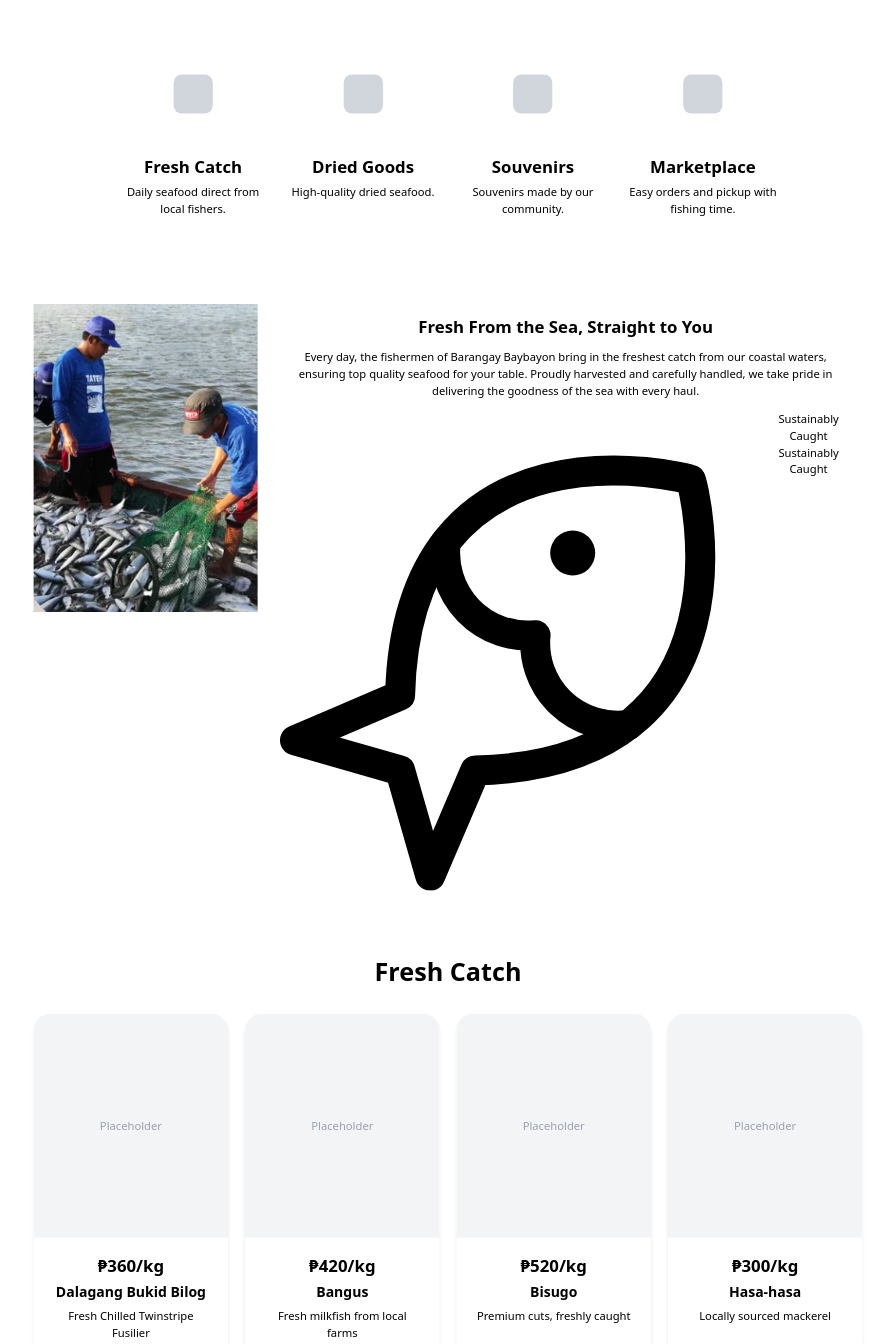
Repository: Coast2Card/coast2cart-frontend
Page: /
These files come from the project's save history. The page is drawn as it stood at one moment and after a run of saves; the edit follows.
The browser window is 1280 px wide. The pictures show the part of the page from y = 1166 to 3086 px (the page is 3359 px tall), at 70% of full size.
The project was rebuilt for these pictures with package versions that can differ from the ones it lists, and the page was loaded fresh each time. Also part of the build but not shown: vite.config.js, src/pages/Seafood.jsx, src/pages/Souvenirs.jsx, src/pages/About.jsx, src/pages/Cart.jsx, src/pages/Profile.jsx, src/pages/Colors.jsx.

Above is the page before, as saved 2025-09-07 15:41:19.

After the next 3 saves:
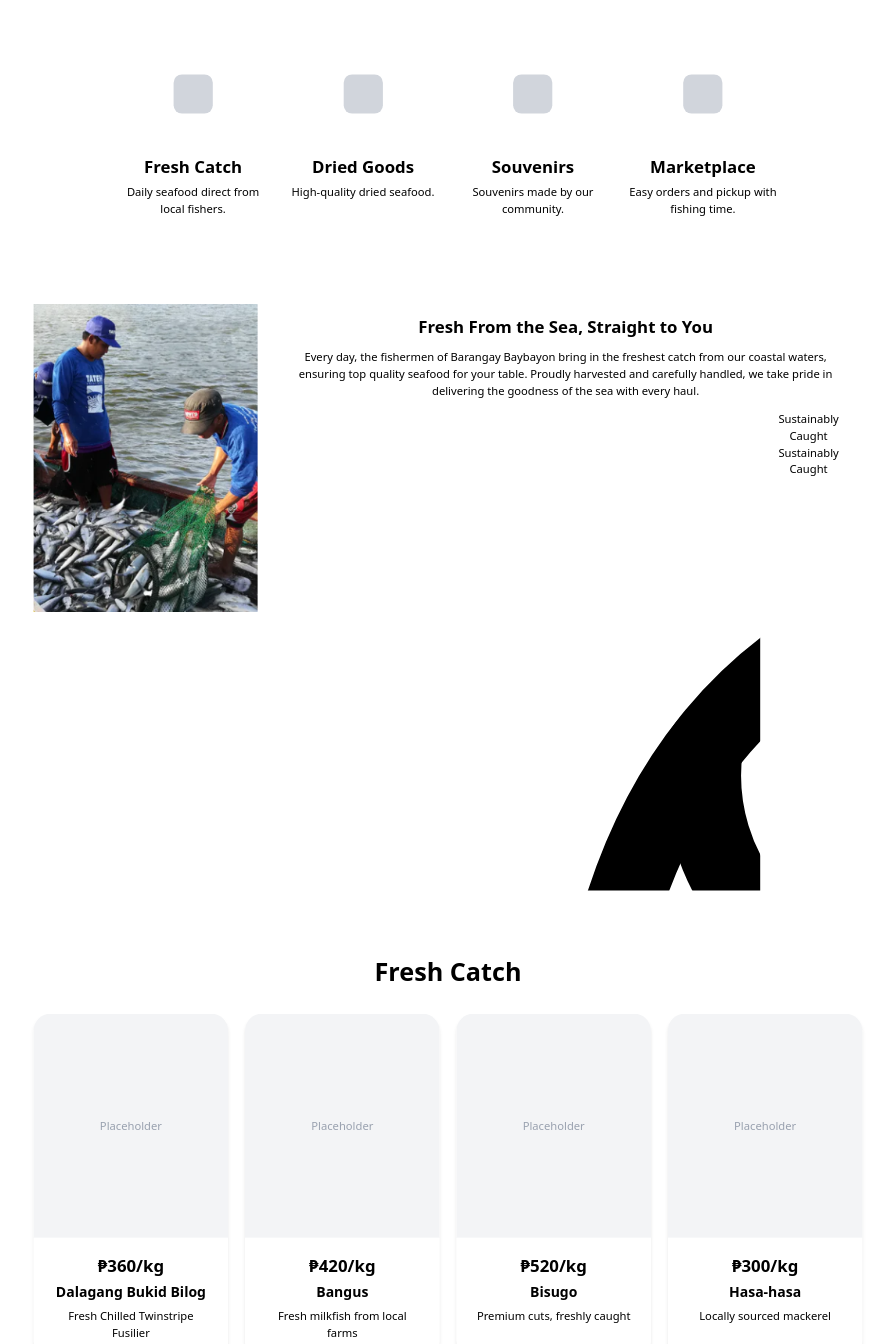
The 3 saves are shown as one change because they came seconds apart.
The last was saved 23 s later.
--- a/src/components/home/HomeGallery.jsx
+++ b/src/components/home/HomeGallery.jsx
@@ -17,8 +17,8 @@
           delivering the goodness of the sea with every haul.
         </p>
         <div className="flex gap-2 text-primary">
-          <svg xmlns="http://www.w3.org/2000/svg" viewBox="0 0 256 256">
-            <rect width="256" height="256" fill="none" />
+          <svg xmlns="http://www.w3.org/2000/svg" viewBox="0 0 100 100">
+            <rect width="100" height="100" fill="none" />
             <circle cx="156" cy="76" r="12" className="fill-primary" />
             <path
               d="M8,175.87l56.07,16.06,16,56.07,24-56.07C258.51,188.26,220,38.68,219,37c-1.73-1-151.25-39.46-155,114.9Z"

After the save that followed:
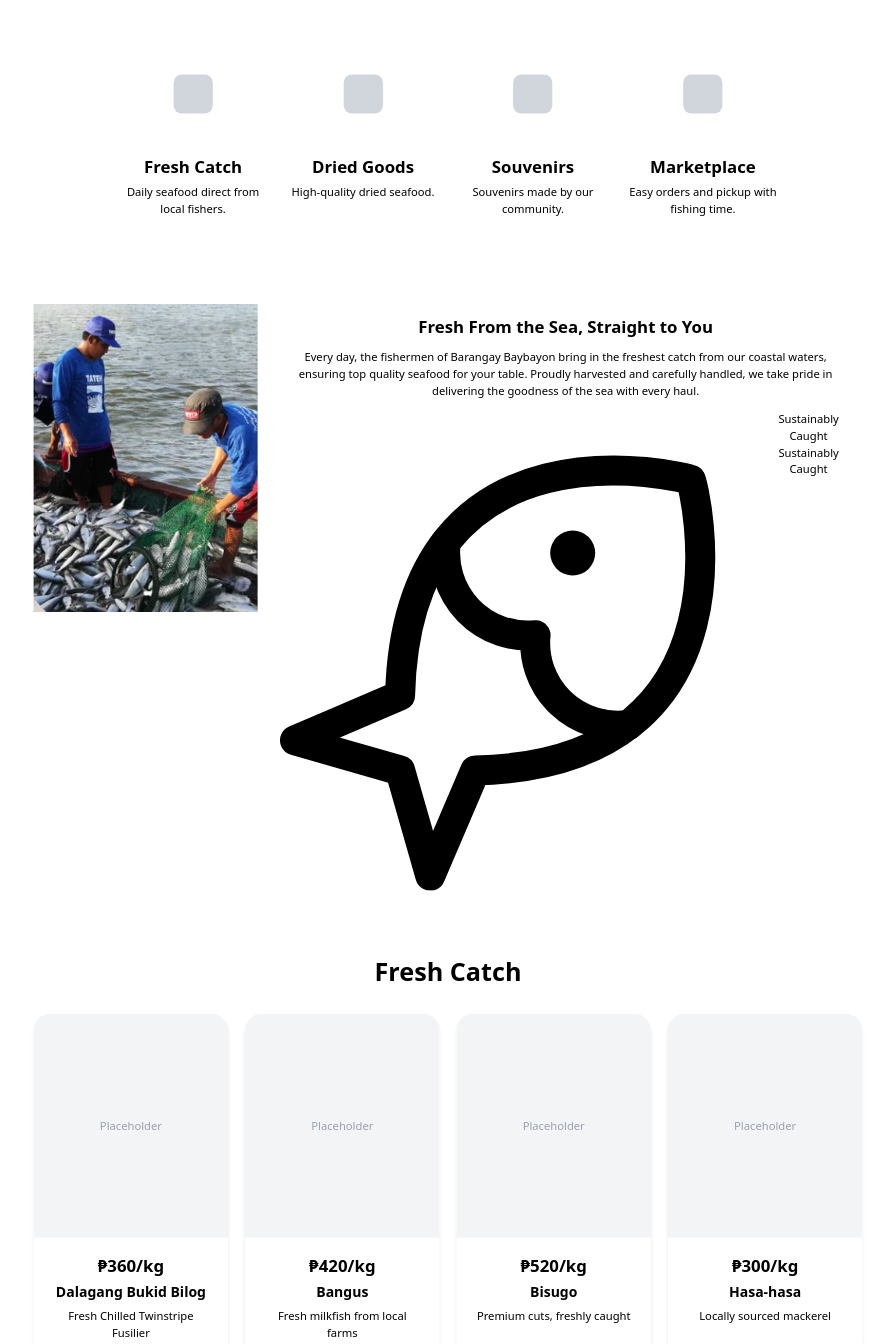
Saved 4 s later.
--- a/src/components/home/HomeGallery.jsx
+++ b/src/components/home/HomeGallery.jsx
@@ -17,8 +17,8 @@
           delivering the goodness of the sea with every haul.
         </p>
         <div className="flex gap-2 text-primary">
-          <svg xmlns="http://www.w3.org/2000/svg" viewBox="0 0 100 100">
-            <rect width="100" height="100" fill="none" />
+          <svg xmlns="http://www.w3.org/2000/svg" viewBox="0 0 256 256">
+            <rect width="256" height="256" fill="none" />
             <circle cx="156" cy="76" r="12" className="fill-primary" />
             <path
               d="M8,175.87l56.07,16.06,16,56.07,24-56.07C258.51,188.26,220,38.68,219,37c-1.73-1-151.25-39.46-155,114.9Z"
